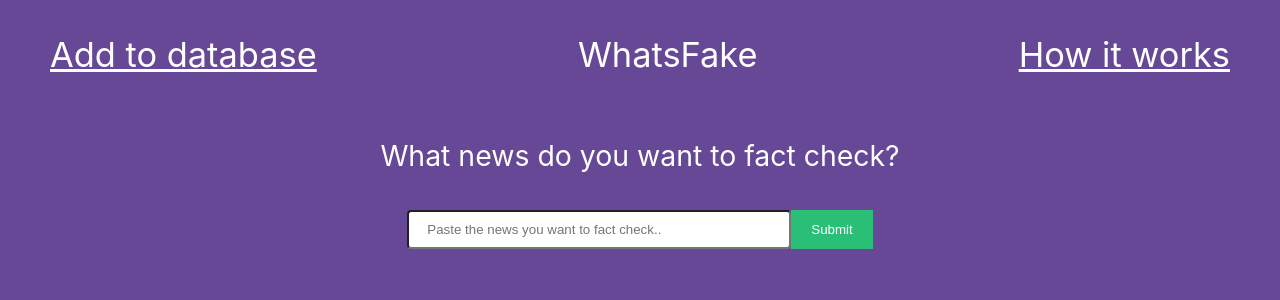
Repository: alkalox/FakeNews
Page: /
An editor plug-in stored every save of this project. The page is shown before and after the next save, followed by the edit.
The browser window is 1280 px wide. The pictures show the whole page.
The project was rebuilt for these pictures with package versions that can differ from the ones it lists, and the page was loaded fresh each time.

Above is the page before, as saved 2019-04-23 20:00:24.

### src/App.js
import React, { Component } from 'react';
import { BrowserRouter as Router, Route, Link } from "react-router-dom";
import './App.css';

class App extends Component {
  render () {
    return (
    <Router>
      <div>
        <Route path="/" exact component={Home} />
        <Route path="/howitworks" exact component={How} />
      </div>
    </Router>)
  }
}

class Home extends Component {
  constructor(props) {
    super(props);
    this.state = {
      value: '',
      str: '',
      result: '',
      isResult: false,
    };

    this.handleChange = this.handleChange.bind(this);
    this.handleSubmit = this.handleSubmit.bind(this);
  }

  handleChange(event) {
    this.setState({value: event.target.value});
  }

  handleSubmit(event) {
    this.setState({str: this.state.value});
    this.getPrediction();
    event.preventDefault();
  }

  getPrediction = async() => {
    const response = await fetch('http://127.0.0.1:5000/string?stringname=' + this.state.value)
    const convert = await response.json()
    this.setState({result:convert})
    this.setState({isResult:true})
  }


  render() {
    return (
      <div className="App">
        <div className = "Header">
          <header className="App-header">
            <p className = "left">
              <Link to="/howitworks" style={{color: 'white', textDecoration: 'underline'}}>Add to database</Link>
            </p>
            <p>
              WhatsFake
            </p>
            <p className = "right">
              <Link to="/howitworks" style={{color: 'white', textDecoration: 'underline'}}>How it works</Link>
            </p>
          </header>
          <p className ="text">
            What news do you want to fact check?
          </p>
          <div className="Form">
            <form onSubmit={this.handleSubmit}>
              <label>
                <input
                  type="text"
                  value={this.state.value}
                  onChange={this.handleChange}
                  placeholder = "Paste the news you want to fact check.."
                  className ="input" />
              </label>
              <input type="submit" value="Submit" className ="submit" />
            </form>
          </div>
          {this.state.isResult ? (<div className = "result">
            <p> The entered news {this.state.value} is {this.state.result}</p>
            </div>) : ( <p></p>)}
        </div>
      </div>
    );
  }
}

class How extends Component {
  render () {
    return (
      <h1>
        This is how it works
      </h1>
    )
  }
}



export default App;

### src/App.css
.App {
  text-align: center;
}
.Header {
  text-align: center;
  background-color: #664897;
  min-height: 100vh;
}
.App-header {
  display: flex;
  flex-direction: row;
  align-items: center;
  justify-content: space-between;
  font-size: calc(20px + 2vmin);
  color: white;
  margin: 150px,
}

.left {
  color: white;
  padding-left: 50px;
}
.right {
  padding-right: 50px;
}
.input {
  width: 30%;
  padding: 10px 18px;
  margin: 8px 0;
  box-sizing: border-box;
  border-radius: 4px;
}

.submit {
  background-color: rgba(36, 202, 116, 0.918);
  border: none;
  color: white;
  padding: 12px 20px;
  text-decoration: none;
  margin: 8px 0px;
  cursor: pointer;
}

.text {
  display: flex;
  flex-direction: column;
  align-items: center;
  justify-content: center;
  font-size: calc(14px + 2vmin);
  color: white;
}

.result {
  display: flex;
  flex-direction: column;
  align-items: center;
  justify-content: center;
  font-size: calc(14px + 2vmin);
  color: white;
}

Loaded but not shown: public/index.html (common file); src/index.js (common file); src/index.css (common file); src/serviceWorker.js (common file)

After the next save:
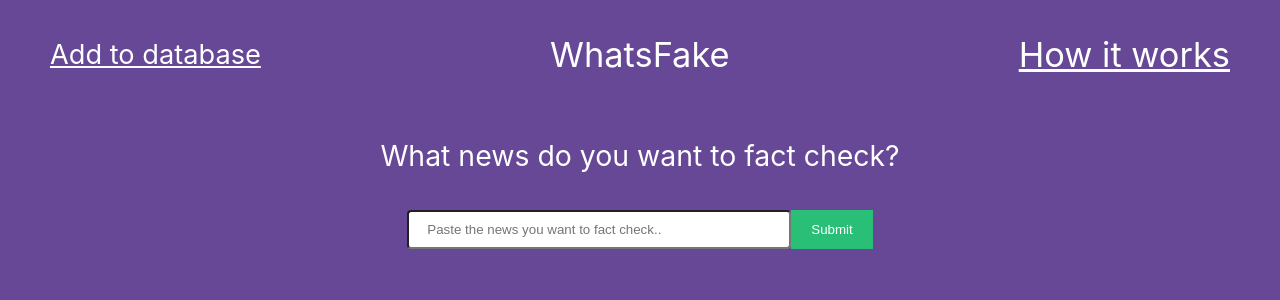
Saved 17 s later.
--- a/src/App.css
+++ b/src/App.css
@@ -19,6 +19,7 @@
 .left {
   color: white;
   padding-left: 50px;
+  font-size: calc(20px + 1vmin);
 }
 .right {
   padding-right: 50px;
